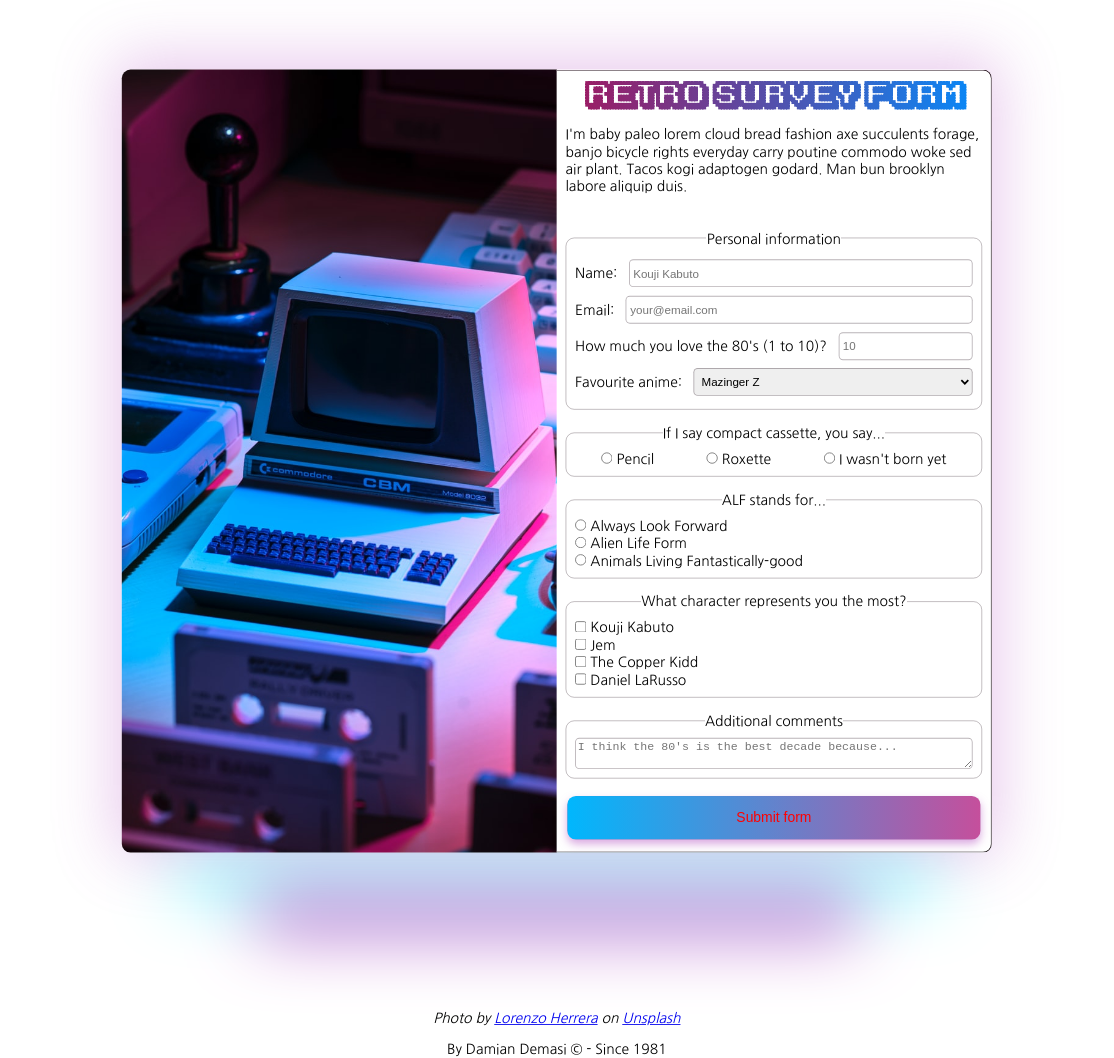
Repository: Colo-Codes/freecodecamp-02-Build-a-Survey-Form
Page: index.html
These files come from the project's save history. The page is drawn as it stood at one moment and after the next save; the edit follows.
The browser window is 1280 px wide. The pictures show the whole page, at 87% of full size.
The pointer rests on the first visible `input[type=submit]`.

Above is the page before, as saved 2021-05-19 08:41:51.

After the next save:
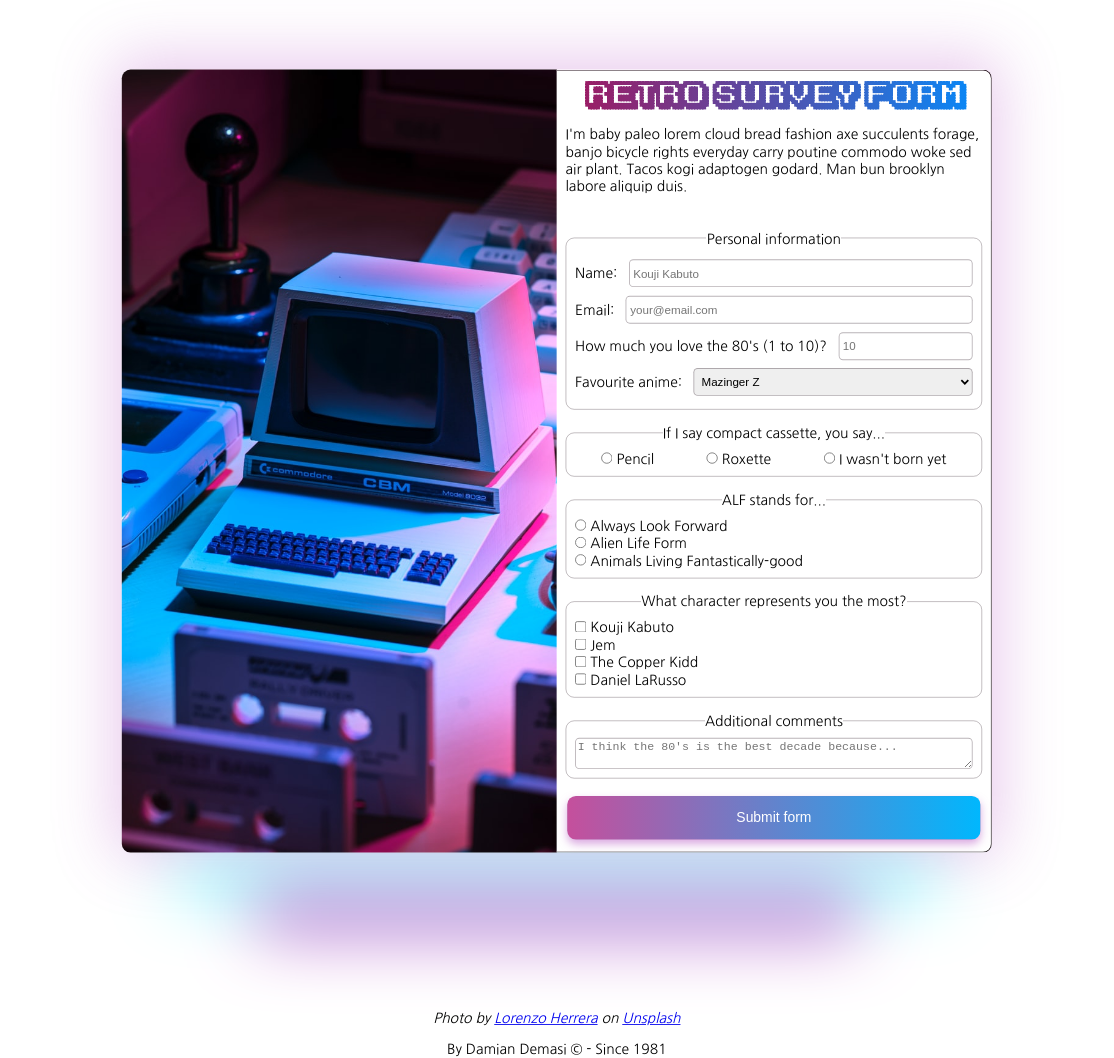
Saved 26 s later.
--- a/resources/css/index.css
+++ b/resources/css/index.css
@@ -141,7 +141,7 @@ input[type=submit] {
     box-shadow: 0 5px 10px rgba(181, 83, 196, .5);
   }
 input[type=submit]:hover {
-    color: red;
+    background-image: linear-gradient(90deg, #C54F9C, #00B7FD);
 }
 /* Glow */
 #glow-1 {
